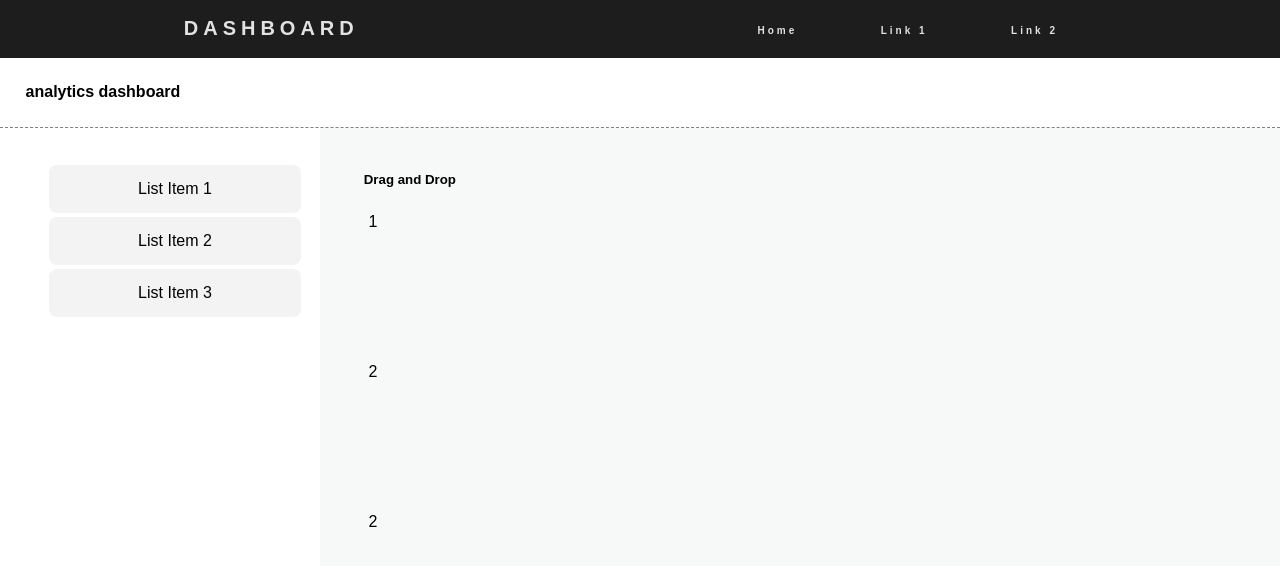
Repository: nourabdelhakam/drag-drop
Page: index.html
The author's editor kept a copy of each file at every save. The page is drawn from the files as they stood at one save, then again after the next save.
The browser window is 1280 px wide. The pictures show the whole page.

Above is the page before, as saved 2020-07-03 09:38:59.

### index.html
<!DOCTYPE html>
<html lang="en">
<head>
    <meta charset="UTF-8">
    <meta name="viewport" content="width=device-width, initial-scale=1.0">
    <meta http-equiv="X-UA-Compatible" content="ie=edge">
    <title>Drag & Drop</title>
    <link rel="stylesheet" href="nav/nav.css">
    <link rel="stylesheet" href="css/main.css">
</head>
<body>

    <!-- <nav> -->
        <nav>
            <div class="logo">
                <h4>Dashboard</h4>
            </div>
            <ul class="nav-links">
                <li><a href="">Home</a></li>
                <li><a href="">Link 1</a></li>
                <li><a href="">Link 2</a></li>
            </ul>
            <div class="burger">
                <div class="line1"></div>
                <div class="line2"></div>
                <div class="line3"></div>
            </div>
        </nav>
      <!-- </nav> end of nav -->

      <section>
          <h4>analytics dashboard </h4>
          <div class="container">
              <div class="lists">
                <div class="left">
                    <div class="list">
                        <div class="list-item" draggable="true">List Item 1</div>
                        <div class="list-item" draggable="true">List Item 2</div>
                        <div class="list-item" draggable="true">List Item 3</div>
                    </div>
                  </div>
                  <div class="right">
                      <h5>Drag and Drop</h5>
                    <div class="list">1</div>
                    <div class="list">2</div>
                    <div class="list">2</div>
                  </div>
              </div>
            <!-- <div class="lists">
                <div class="list">
                    <div class="list-item" draggable="true">List Item 1</div>
                    <div class="list-item" draggable="true">List Item 2</div>
                    <div class="list-item" draggable="true">List Item 3</div>
                </div>
                <div class="list"></div>
                <div class="list"></div>
            </div> -->
        </div>
      </section>


    <script src="main.js" type="text/javascript"></script>
    <script src="nav/nav.js" type="text/javascript"></script>
</body>
</html>

### nav/nav.css
nav {
    display: flex;
    justify-content: space-around;
    align-items: center;
    min-height: 8vh;
    background-color: #1D1D1D;
    font-family: "Poppins", sans-serif;
}
.logo {
    color: rgb(226, 226, 226);
    text-transform: uppercase;
    letter-spacing: 5px;
    font-size: 20px;
}
.nav-links {
    display: flex;
    justify-content: space-around;
    width: 30%;
}
.nav-links li {
    list-style: none;
}
.nav-links a {
    color: rgb(226, 226, 226);
    text-decoration: none;
    letter-spacing: 3px;
    font-weight: bold;
    font-size: 10px;
}
.burger {
    display: none;
    cursor: pointer;
}
.burger div {
    width: 25px;
    height: 3px;
    background-color: rgb(226, 226, 226);
    margin: 5px;
    transition: all 0.3s ease;
}


@media screen and (max-width:1024px) {
    .nav-links {
        width: 60%;
    }
}

@media screen and (max-width:768px) {

    body {
        overflow-x: hidden;
    }
    .nav-links {
        position: absolute;
        right: 0px;
        height: 92vh;
        top: 8vh;
        background-color: #1D1D1D;
        display: flex;
        flex-direction: column;
        align-items: center;
        width: 50%;
        transform: translatex(100%);
        transition: transform 0.5s ease-in;
    }
    .nav-links li {
        opacity: 0;
    }
    .burger {
        display: block;
    }
}

.nav-active {
    transform: translatex(0%);
}

@keyframes navLinkFade {
    from {
        opacity: 0;
        transform: translatex(50%);
    }
    to {
        opacity: 1;
        transform: translatex(0%);
    }
}

.toggle .line1 {
    transform: rotate(-45deg) translate(-5px, 6px);
}
.toggle .line2 {
    opacity: 0;
}
.toggle .line3 {
    transform: rotate(45deg) translate(-5px, -6px);
}

.landing {
    height: 90vh;
    display: flex;
    justify-content: center;
    align-items: center;
}
.landing h1 {
    margin: 100px;
    font-size: 50px;
    color: #ae5fce;
}

### css/main.css
* {
    margin: 0;
    padding: 0;
    box-sizing: border-box;
}
body {
    font-family: Arial, Helvetica, sans-serif;
}
h4, h5 {
    padding: 2%;
}
.container {
    border-top: 1px dashed gray;
}
.left {
    width: 25%;
    height: 100%;
    float: left;
    padding: 2%;
}
.right {
    width: 75%;
    height: 100%;
    float: left;
    padding: 2%;
    background-color: #F7F8F8;
}
.list {
    width: 100%;
    min-width: 250px;
    max-width: 350px;
    height: 100%;
    min-height: 150px;

    margin: 0 15px;
    padding: 8px;
    transition: all 0.2s linear;
}
.list-item {
    background-color: #F3F3F3;
    border-radius: 8px;
    padding: 15px 20px;
    text-align: center;
    margin: 4px 0;
}
/* .container {
    display: flex;
    flex-flow: column;
    width: 90vw;
    height: 90vh;
    border-top: 1px dashed gray;
}
.lists {
    display: flex;
    flex: 1;
    width: 100%;
    overflow: scroll;
}
.lists .list {
    display: flex;
    flex-flow: column;
    flex: 1;

    width: 100%;
    min-width: 250px;
    max-width: 350px;
    height: 100%;
    min-height: 150px;

    background-color: rgba(0, 0, 0, 0.1);
    margin: 0 15px;
    padding: 8px;
    transition: all 0.2s linear;
}

.lists .list .list-item {
    background-color: #F3F3F3;
    border-radius: 8px;
    padding: 15px 20px;
    text-align: center;
    margin: 4px 0;
} */

### main.js
const list_items = document.querySelectorAll('.list-item');
const lists = document.querySelectorAll('.list');

let draggedItem = null;

for (let i = 0; i < list_items.length; i++) {
	const item = list_items[i];

	item.addEventListener('dragstart', function () {
		draggedItem = item;
		setTimeout(function () {
			item.style.display = 'none';
		}, 0)
	});

	item.addEventListener('dragend', function () {
		setTimeout(function () {
			draggedItem.style.display = 'block';
			draggedItem = null;
		}, 0);
	})

	for (let j = 0; j < lists.length; j ++) {
		const list = lists[j];

		list.addEventListener('dragover', function (e) {
			e.preventDefault();
		});

		list.addEventListener('dragenter', function (e) {
			e.preventDefault();
			this.style.backgroundColor = 'rgba(0, 0, 0, 0.2)';
		});

		list.addEventListener('dragleave', function (e) {
			this.style.backgroundColor = 'rgba(0, 0, 0, 0.1)';
		});

		list.addEventListener('drop', function (e) {
			console.log('drop');
			this.append(draggedItem);
			this.style.backgroundColor = 'rgba(0, 0, 0, 0.1)';
		});
	}
}

### nav/nav.js
const navSlide = () => {
    const burger = document.querySelector('.burger');
    const nav = document.querySelector('.nav-links');
    const navLinks = document.querySelectorAll('.nav-links li');


    burger.addEventListener('click', () => {

        //Toggle Nav
        nav.classList.toggle('nav-active');

        //Animate Links
        navLinks.forEach((link, index) => {

            if (link.style.animation) {
                link.style.animation = '';
            } else {
                link.style.animation = `navLinkFade 0.5s ease forwards ${index / 7 + 0.3}s`;
            }

        });

        //Burger Animation
        burger.classList.toggle('toggle');
    });

}

navSlide();

After the next save:
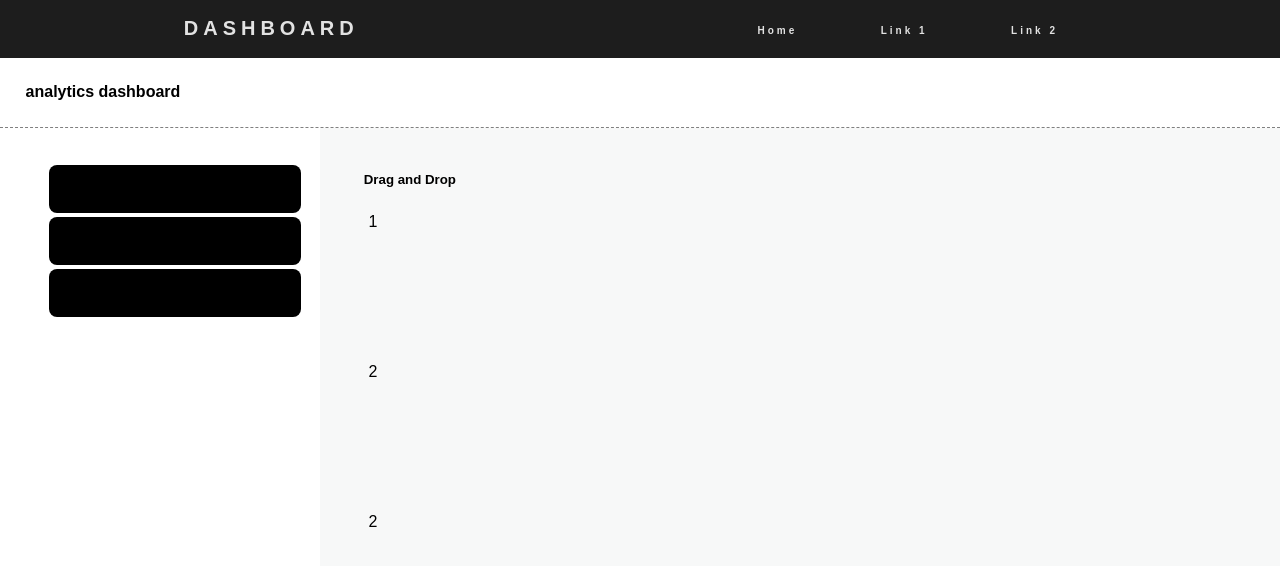
Saved 7 min 41 s later.
--- a/css/main.css
+++ b/css/main.css
@@ -37,7 +37,7 @@
     transition: all 0.2s linear;
 }
 .list-item {
-    background-color: #F3F3F3;
+    background-color: #000;
     border-radius: 8px;
     padding: 15px 20px;
     text-align: center;

After the save that followed:
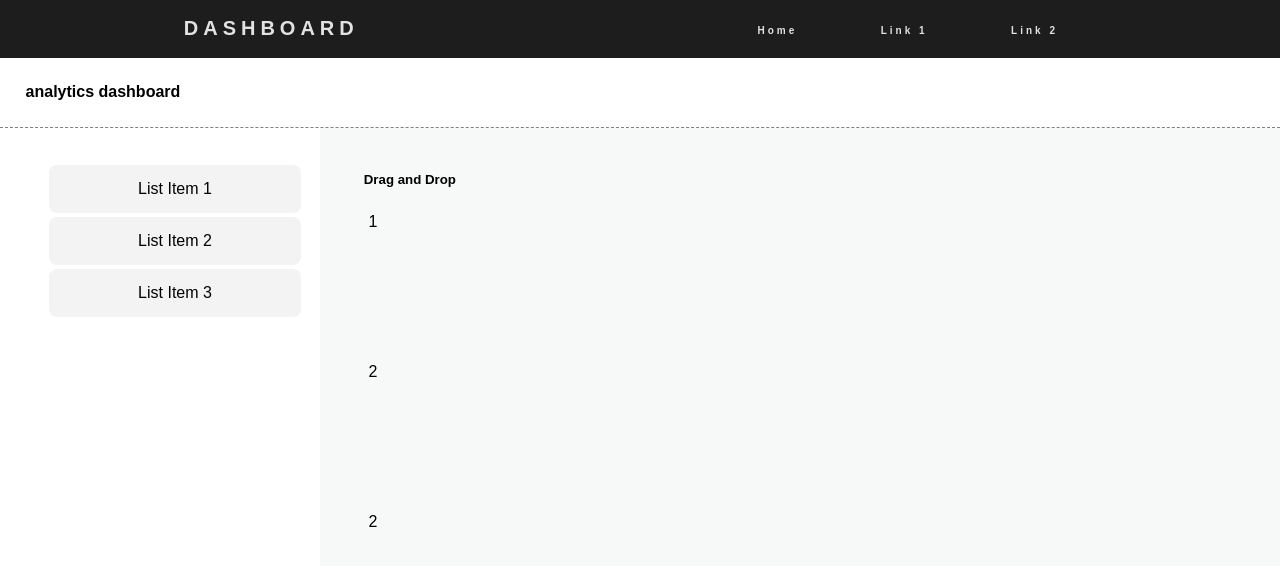
Saved 14 s later.
--- a/css/main.css
+++ b/css/main.css
@@ -37,7 +37,7 @@
     transition: all 0.2s linear;
 }
 .list-item {
-    background-color: #000;
+    background-color: #F3F3F3;
     border-radius: 8px;
     padding: 15px 20px;
     text-align: center;
